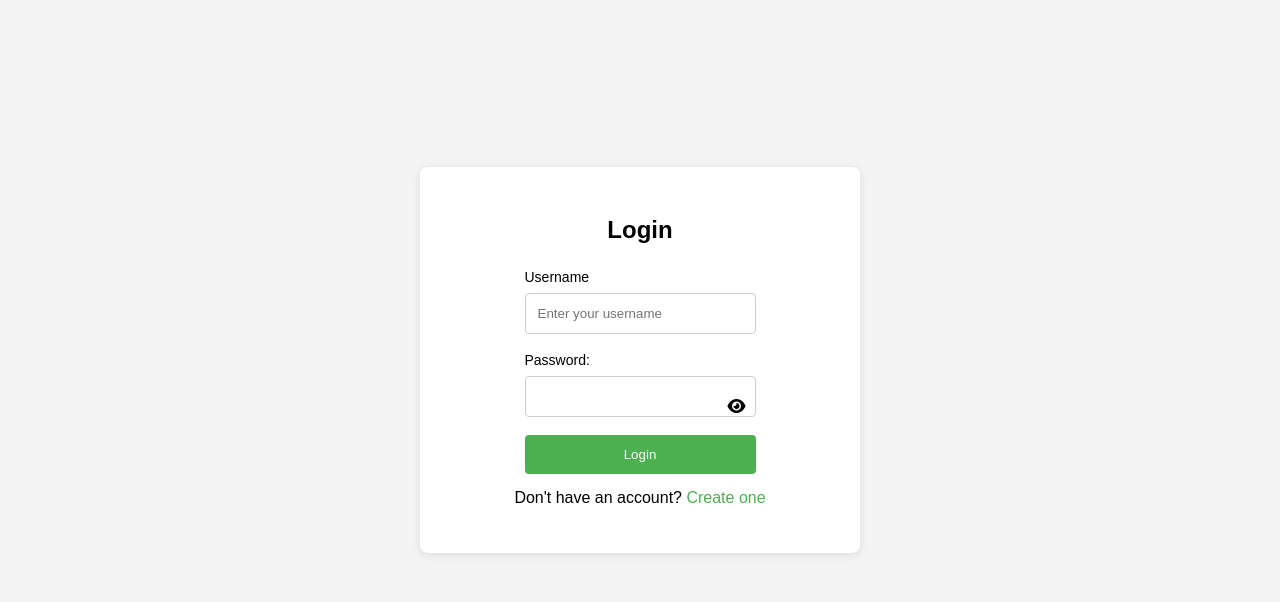
Repository: chelloraine/Collectibles
Page: http://localhost/website/LOGIN/loginpage.php
An editor plug-in stored every save of this project. The page is shown before and after the next save, followed by the edit.
The browser window is 1280 px wide. The pictures show the whole page.
The page is run by PHP 8.4 with error messages shown; the project is at /var/www/html/.

Above is the page before, as saved 2025-04-01 22:52:10.

### LOGIN/loginpage.php
<?php session_start(); ?>
<!DOCTYPE html>
<html lang="en">
<head>
    <meta charset="UTF-8">
    <meta name="viewport" content="width=device-width, initial-scale=1.0">
    <title>Login Page</title>
    <link rel="stylesheet" href="style_log.css">
    <!-- Font Awesome for Icons -->
    <link rel="stylesheet" href="https://cdnjs.cloudflare.com/ajax/libs/font-awesome/6.4.2/css/all.min.css">
</head>
<body>
    <div class="login-container">
        <h2>Login</h2>

        <!-- Display Error Message if Exists -->
        <?php if (isset($_SESSION['error'])): ?>
            <p class="error-message" style="color:red;">
                <?php echo htmlspecialchars($_SESSION['error']); ?>
            </p>
            <?php unset($_SESSION['error']); // Remove error after displaying ?>
        <?php endif; ?>

        <form action="login.php" method="POST">
            <label for="username">Username</label>
            <input type="text" id="username" name="Username" required placeholder="Enter your username" autocomplete="off">

            <label for="password">Password:</label>
            <div style="position: relative;">
                <input type="password" id="password" name="Password" required style="padding-right: 40px;">
                <i class="fa-solid fa-eye" id="togglePassword"
                   style="position: absolute; right: 10px; top: 50%; transform: translateY(-50%); cursor: pointer;">
                </i>
            </div>

            <button type="submit">Login</button>
        </form>

        <p>Don't have an account? <a href="signup.php">Create one</a></p>
    </div>

    <!-- JavaScript for Password Toggle -->
    <script>
        document.getElementById("togglePassword").addEventListener("click", function() {
            let passwordField = document.getElementById("password");
            let icon = this;

            if (passwordField.type === "password") {
                passwordField.type = "text";
                icon.classList.remove("fa-eye");
                icon.classList.add("fa-eye-slash"); // Change to eye slash
            } else {
                passwordField.type = "password";
                icon.classList.remove("fa-eye-slash");
                icon.classList.add("fa-eye"); // Change back to eye
            }
        });
    </script>

</body>
</html>

### LOGIN/style_log.css
/* style.css */
body {
    font-family: Arial, sans-serif;
    background-color: #f4f4f4;
    display: flex;
    justify-content: center;
    align-items: center;
    min-height: 100vh; /* Ensures that the body takes at least the full height of the viewport */
    margin: 0;
    padding: 0;
    box-sizing: border-box;
}

.login-container {
    background-color: white;
    padding: 30px; /* Increased padding for the login form */
    border-radius: 8px;
    box-shadow: 0 2px 10px rgba(0, 0, 0, 0.1);
    width: 380px;
    max-height: 90%; /* Limit the height to prevent overflow */
    overflow-y: auto; /* Enable scrolling if content overflows */
    display: flex;
    flex-direction: column;
    align-items: center; /* Center content horizontally */
}

h2 {
    text-align: center;
    margin-bottom: 25px;
}

label {
    font-size: 14px;
    margin-bottom: 8px; /* Increased space between label and input field */
    display: block;
}

input[type="text"], input[type="password"] {
    width: 100%; /* Ensure input takes full width */
    max-width: 100%; /* Prevent input from exceeding the container width */
    padding: 12px; /* Increased padding inside the input fields */
    margin-bottom: 18px; /* Increased bottom margin between input fields */
    border: 1px solid #ccc;
    border-radius: 4px;
    box-sizing: border-box;
}

 .error-message {
            color: red;
            font-size: 14px;
            margin-bottom: 10px;
            text-align: center;
            background: #ffe5e5;
            padding: 10px;
            border-radius: 5px;
        }
button {
    width: 100%;
    padding: 12px; /* Increased padding for the button */
    background-color: #4CAF50;
    color: white;
    border: none;
    border-radius: 4px;
    cursor: pointer;
}

button:hover {
    background-color: #45a049;
}

p {
    text-align: center;
    margin-top: 15px;
}

p a {
    color: #4CAF50;
    text-decoration: none;
}

p a:hover {
    text-decoration: underline;
}

/* Responsive Design for smaller screens */
@media (max-width: 500px) {
    .login-container {
        padding: 20px; /* Reduced padding on smaller screens */
    }
}

After the next save:
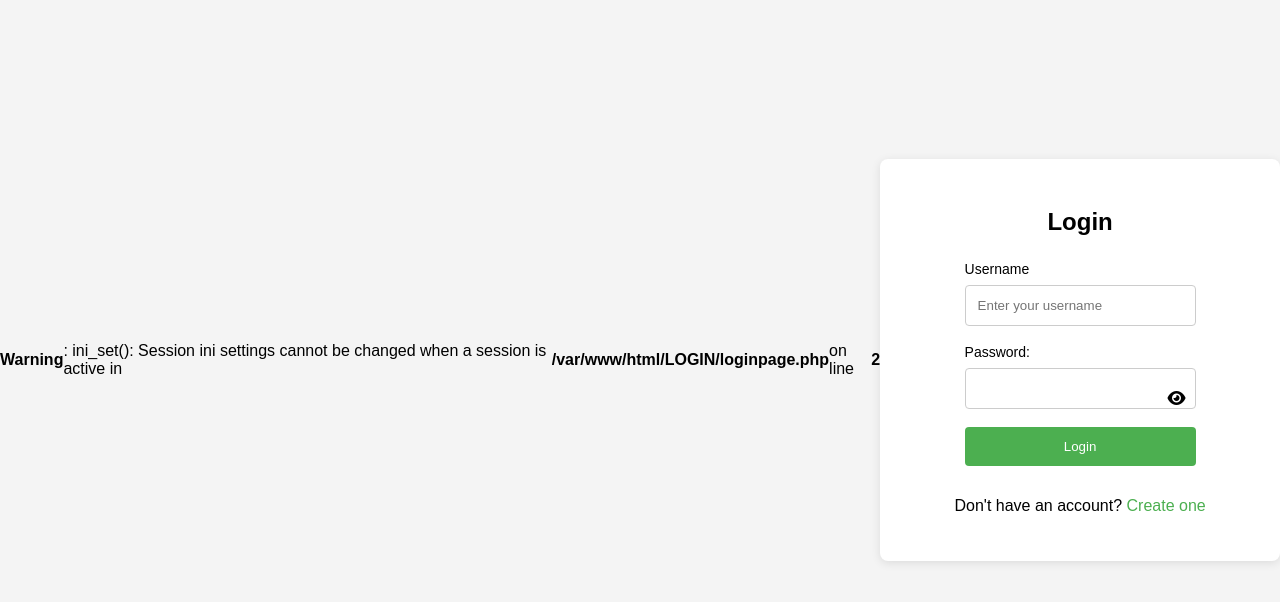
Saved 5 s later.
--- a/LOGIN/loginpage.php
+++ b/LOGIN/loginpage.php
@@ -1,4 +1,7 @@
-<?php session_start(); ?>
+<?php session_start();
+ini_set('session.gc_maxlifetime', 3600); // Keep session active for 1 hour
+session_regenerate_id(true);  // Regenerate session to avoid session fixation
+?>
 <!DOCTYPE html>
 <html lang="en">
 <head>
